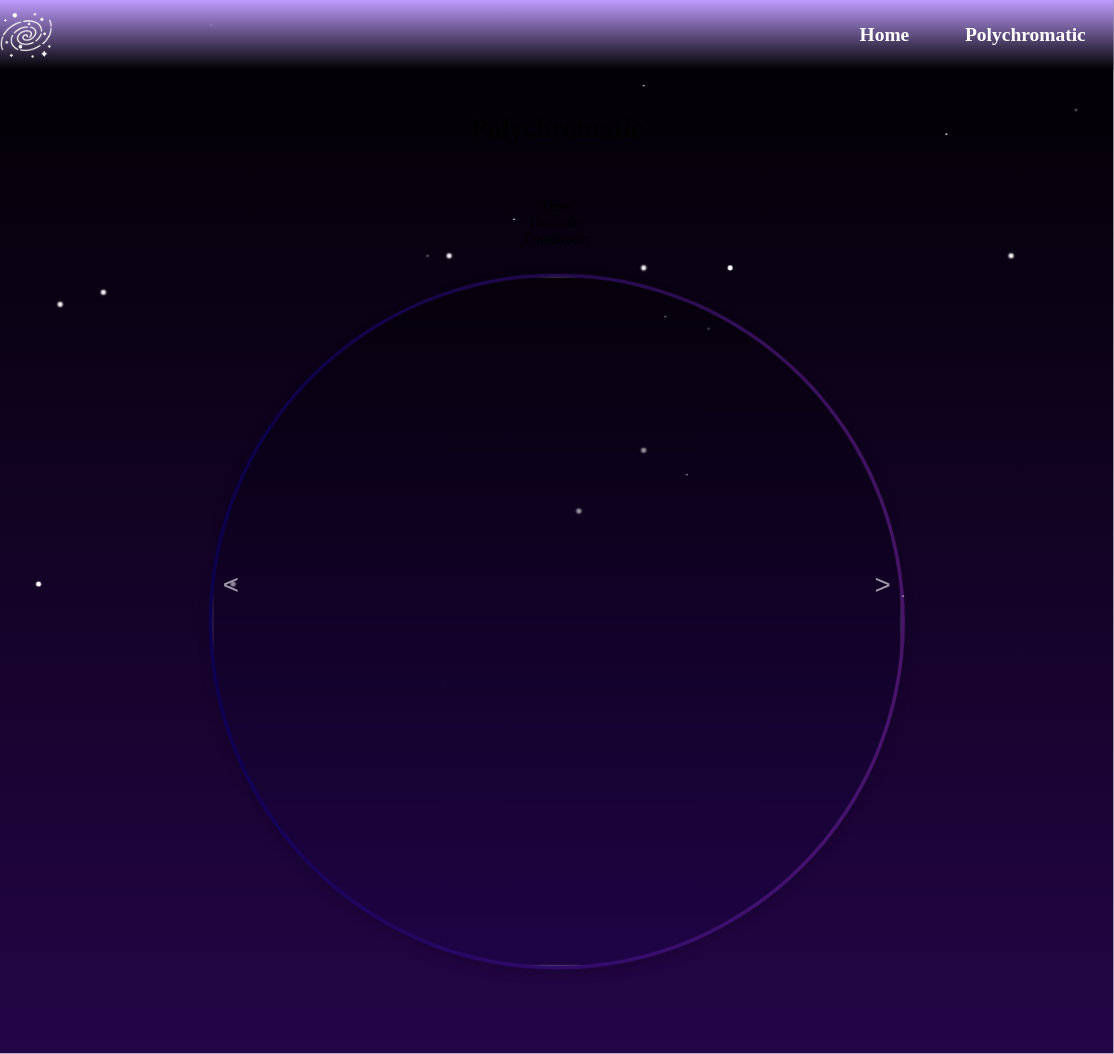
Repository: KayceeNguyen/DAI_W07_NASA
Page: /polychromatic
The author's editor kept a copy of each file at every save. The page is drawn from the files as they stood at one save, then again after the next save.
The browser window is 1280 px wide. The pictures show the whole page, at 87% of full size.
The page's requests for data from a server got no answer. The project was rebuilt for these pictures with package versions that can differ from the ones it lists, and the page was loaded fresh each time. The framework's server and built-in components were replaced by stand-ins that run in the browser. No one was signed in, and anything a server would have sent is missing. Also part of the build but not shown: next.config.js.

Above is the page before, as saved 2023-02-17 01:27:04.

### pages/polychromatic.js
import { useEffect, useState } from "react"
import axios from "axios";
import Image from "next/image";
import styles from '@/styles/Home.module.css'
import HeaderBar from '@/comps/header'
import Galaxy from '@/comps/galaxy'
import Head from 'next/head'

export default function Polychromatic() {

    const [image, setImage] = useState([]);
    const [images, setImages] = useState([]);
    const [time, setTime] = useState([]);
    const [date, setDate] = useState('');
    const [coords, setCoords] = useState({})

    const [active, setActive] = useState(false);

    const [currentIndex, setCurrentIndex] = useState(0);

    const apiKey = "qO706hvtrjKPLwTwuCZ9XYxHnUPvhtQHSM6Ncmu8";
    const url = `https://epic.gsfc.nasa.gov/api/natural?api_key=${apiKey}`

    const getPolychromaticData = async () => {
        const res = await axios.get(url);
        const data = await res.data;
        console.log(data)

        const caption = data[currentIndex].caption;
        const date = data[currentIndex].date.split(" ")[0];


        const date_formatted = date.replaceAll("-","/")
        console.log(date_formatted);

        let times = [];
        let images = [];

    for (let i = 0; i < data.length; i++) {
    let time = data[i].date.split(" ")[1];
    let coords = data[i].centroid_coordinates;
    let imagePath = data[i].image;
    let image = `https://epic.gsfc.nasa.gov/archive/natural/${date_formatted}/png/${imagePath}.png`;

    times.push(time);

    images.push({
        image: image,
        time: time,
        coords: coords,
        caption: caption
    });
}

    setImages(images);
    setTime(times[0]);
    setCoords([images[0].coords.lat, images[0].coords.lon]);
    setImage(images[currentIndex]);

}

    useEffect(() => {
        getPolychromaticData();
    }, [currentIndex]);

    const nextImage = () => {
        setCurrentIndex((currentIndex + 1) % images.length);
    };

    const prevImage = () => {
        setCurrentIndex(
          currentIndex === 0 ? images.length - 1 : currentIndex - 1
        );
    };

    const handleImageLoad = () => {
        setActive(true);
      }

    return(
        <>

        <Head>
          <title>NASA TechPort & EPIC API</title>
          <meta name="description" content="The website showcases NASA's technologies using the TechPort and PIC API and offers daily full disc imagery of the Earth and unique astronomical events. Users can discover the technologies NASA is developing in propulsion, nanotechnology, robotics, and human health while enjoying stunning images of the universe." />
          <meta name="viewport" content="width=device-width, initial-scale=1" />
          <link rel="icon" href="/galaxy.png" />
        </Head>

            <HeaderBar />

            <Galaxy />



            <main className={styles.main}>
                <h1>Polychromatic</h1>
                <div className={styles.bigEarthContainer}>

                    <div className={styles.arrowContainer}>
                        <button className={styles.arrow} onClick={prevImage}>
                            &lt;
                        </button>
                        <button className={styles.arrow} onClick={nextImage}>
                            &gt;
                        </button>
                    </div>

                    <div className={styles.bigEarthText}>
                        <div>Time: {image.time}</div>
                        <div>Latiitude: {coords[0]}</div>
                        <div>Longtitude: {coords[1]}</div>
                    </div>

                    <Image
                        src={image.image}
                        alt={image.caption}
                        width={800}
                        height={800}
                        className={`${styles.earthImage} ${active ? styles.active : ''}`}
                        onLoad={handleImageLoad}

                    />

                    {/* <div onClick={nextImage} className={styles.arrow}>
                        {">"}
                    </div> */}

                </div>




                {/* <table>
                    <thead>
                        <tr>
                            <th>Time</th>
                            <th>Latitude</th>
                            <th>Longtitude</th>
                            <th>Image</th>
                            <th></th>
                        </tr>
                    </thead>

                    <tbody>
                        {
                            images.map((e, i) => {
                                return (
                                    <tr key={i}>
                                        <td>{e.time}</td>
                                        <td>{e.coords.lat}</td>
                                        <td>{e.coords.lon}</td>
                                        <td>
                                            <Image
                                                src={e.image}
                                                alt={i}
                                                width={200}
                                                height={200}
                                            />
                                        </td>

                                        <td>
                                            <button onClick={() => {
                                                setImage(e.image)
                                                setTime(e.time)
                                                setCoords([e.coords.lat, e.coords.lon])
                                                console.log(image[i].image)
                                                document.body.scrollIntoView();

                                            }}>View</button>
                                        </td>
                                    </tr>
                                )
                            })
                        }
                    </tbody>
                </table> */}
            </main>
        </>
    )
}

### styles/Home.module.css
.main {
  display: flex;
  flex-direction: column;
  justify-content: space-between;
  align-items: center;
  padding: 6rem;
  min-height: 100vh;
  background: linear-gradient(180deg, rgb(0, 0, 0) 0%, rgb(36, 5, 71) 100%);
}

.description {
  display: inherit;
  justify-content: inherit;
  align-items: inherit;
  font-size: 0.85rem;
  max-width: var(--max-width);
  width: 100%;
  z-index: 2;
  font-family: var(--font-mono);
}

.description a {
  display: flex;
  justify-content: center;
  align-items: center;
  gap: 0.5rem;
}

.description p {
  position: relative;
  margin: 0;
  padding: 1rem;
  background-color: rgba(var(--callout-rgb), 0.5);
  border: 1px solid rgba(var(--callout-border-rgb), 0.3);
  border-radius: var(--border-radius);
}

.code {
  font-weight: 700;
  font-family: var(--font-mono);
}

.grid {
  display: grid;
  grid-template-columns: repeat(4, minmax(25%, auto));
  width: var(--max-width);
  max-width: 100%;
}

.card {
  padding: 1rem 1.2rem;
  border-radius: var(--border-radius);
  background: rgba(var(--card-rgb), 0);
  border: 1px solid rgba(var(--card-border-rgb), 0);
  transition: background 200ms, border 200ms;
}

.card span {
  display: inline-block;
  transition: transform 200ms;
}

.card h2 {
  font-weight: 600;
  margin-bottom: 0.7rem;
}

.card p {
  margin: 0;
  opacity: 0.6;
  font-size: 0.9rem;
  line-height: 1.5;
  max-width: 30ch;
}

.center {
  display: flex;
  justify-content: center;
  align-items: center;
  position: relative;
  padding: 4rem 0;
}

.center::before {
  background: var(--secondary-glow);
  border-radius: 50%;
  width: 480px;
  height: 360px;
  margin-left: -400px;
}

.center::after {
  background: var(--primary-glow);
  width: 240px;
  height: 180px;
  z-index: -1;
}

.center::before,
.center::after {
  content: '';
  left: 50%;
  position: absolute;
  filter: blur(45px);
  transform: translateZ(0);
}

.logo,
.thirteen {
  position: relative;
}

.thirteen {
  display: flex;
  justify-content: center;
  align-items: center;
  width: 75px;
  height: 75px;
  padding: 25px 10px;
  margin-left: 16px;
  transform: translateZ(0);
  border-radius: var(--border-radius);
  overflow: hidden;
  box-shadow: 0px 2px 8px -1px #0000001a;
}

.thirteen::before,
.thirteen::after {
  content: '';
  position: absolute;
  z-index: -1;
}

/* Conic Gradient Animation */
.thirteen::before {
  animation: 6s rotate linear infinite;
  width: 200%;
  height: 200%;
  background: var(--tile-border);
}

/* Inner Square */
.thirteen::after {
  inset: 0;
  padding: 1px;
  border-radius: var(--border-radius);
  background: linear-gradient(
    to bottom right,
    rgba(var(--tile-start-rgb), 1),
    rgba(var(--tile-end-rgb), 1)
  );
  background-clip: content-box;
}

/* Enable hover only on non-touch devices */
@media (hover: hover) and (pointer: fine) {
  .card:hover {
    background: rgba(var(--card-rgb), 0.1);
    border: 1px solid rgba(var(--card-border-rgb), 0.15);
  }

  .card:hover span {
    transform: translateX(4px);
  }
}

@media (prefers-reduced-motion) {
  .thirteen::before {
    animation: none;
  }

  .card:hover span {
    transform: none;
  }
}

/* Mobile */
@media (max-width: 700px) {
  .content {
    padding: 4rem;
  }

  .grid {
    grid-template-columns: 1fr;
    margin-bottom: 120px;
    max-width: 320px;
    text-align: center;
  }

  .card {
    padding: 1rem 2.5rem;
  }

  .card h2 {
    margin-bottom: 0.5rem;
  }

  .center {
    padding: 8rem 0 6rem;
  }

  .center::before {
    transform: none;
    height: 300px;
  }

  .description {
    font-size: 0.8rem;
  }

  .description a {
    padding: 1rem;
  }

  .description p,
  .description div {
    display: flex;
    justify-content: center;
    position: fixed;
    width: 100%;
  }

  .description p {
    align-items: center;
    inset: 0 0 auto;
    padding: 2rem 1rem 1.4rem;
    border-radius: 0;
    border: none;
    border-bottom: 1px solid rgba(var(--callout-border-rgb), 0.25);
    background: linear-gradient(
      to bottom,
      rgba(var(--background-start-rgb), 1),
      rgba(var(--callout-rgb), 0.5)
    );
    background-clip: padding-box;
    backdrop-filter: blur(24px);
  }

  .description div {
    align-items: flex-end;
    pointer-events: none;
    inset: auto 0 0;
    padding: 2rem;
    height: 200px;
    background: linear-gradient(
      to bottom,
      transparent 0%,
      rgb(var(--background-end-rgb)) 40%
    );
    z-index: 1;
  }
}

/* Tablet and Smaller Desktop */
@media (min-width: 701px) and (max-width: 1120px) {
  .grid {
    grid-template-columns: repeat(2, 50%);
  }
}

@media (prefers-color-scheme: dark) {
  .vercelLogo {
    filter: invert(1);
  }

  .logo,
  .thirteen img {
    filter: invert(1) drop-shadow(0 0 0.3rem #ffffff70);
  }
}

@keyframes rotate {
  from {
    transform: rotate(360deg);
  }
  to {
    transform: rotate(0deg);
  }
}






/**************** HEADER STYLING ****************/



.header {
  position: fixed;
  z-index: 1;
  width: 100vw;
  display: flex;
  justify-content: center;
  align-items: center;
  height: 5rem;
  background: linear-gradient(180deg, rgb(191, 156, 255) 0%, rgba(0, 0, 0, 0.5) 100%);
  box-shadow: 0 2px 4px rgba(0, 0, 0, 0.1);
}

.headerIcon {
  filter: brightness(0) invert(1);
}

.nav {
  display: flex;
  justify-content: space-between;
  align-items: center;
  width: 100%;
  max-width: 80rem;
}

.navList {
  display: flex;
  list-style: none;
  margin: 0;
  padding: 0;
}

.navItem {
  margin-right: 2rem;
  margin-left: 2em;
}

/* .navItem > a > div.navLink:active {
  text-decoration: underline;
} */

.navLink {
  font-size: 1.4rem;
  font-weight: 600;
  color: #ffffff;
  text-decoration: none;
  transition: color 0.2s;
}

.navLink:hover {
  color: #fff644;
}




/**************** MAIN STYLING ****************/




.main {
  display: flex;
  flex-direction: column;
  justify-content: center;
  align-items: center;
  justify-items: center;
}




.main > h1 {
  padding: 1em 2em 2em 2em;
}

.bigCont {
  text-align: center;
}


/**************** CAROUSEL STYLING ****************/


.carousel {
  display: flex;
  justify-content: center;
  align-items: center;
  width: 100%;
  max-width: 800px;
  margin: 0 auto;
}

.carouselArrow {
  font-size: 2rem;
  color: rgb(255, 255, 255);
  cursor: pointer;
  background-color:transparent;
  border: 2px solid rgb(255, 255, 255, 1);
  width: 50px;
  height: 50px;
  border-radius: 50%;
  display: inline-flex;
  align-items: center;
  justify-content: center;
}

.carouselArrow:hover {
  color: rgb(31, 0, 54);
  box-shadow: 0 4px 6px rgba(255, 255, 255, 0.6);
  background-color:rgba(255, 255, 255, 0.8) ;
  transition: all 0.2s ease;
}

.carouselArrow:hover:after {
  left: 0;
  width: 100%;
}

.carouselArrow:active {
  top: 20px;
}

.carouselImageContainer {
  margin: 0 2rem;
  width: 400px;
  height: 400px;
  position: relative;
}

.carouselImageContainer img {
  position: absolute;
  top: 0;
  left: 0;
  width: 100%;
  height: 100%;
  object-fit: contain;
}

.imageCont {
  position: absolute;
  top: 0;
  opacity: 0.4;
  width: 100%;
  height: 100%;
  transition: opacity 1.5s ease;
}

.imageCont.active {
  opacity: 1;
}


/* @keyframes slide {
  100% { left: 0; }
}

@keyframes slide-in {
  100% { transform: translateX(0%); }
}

@-webkit-keyframes slide-in {
  100% { -webkit-transform: translateX(0%); }
}

@keyframes slide-out {
  0% { transform: translateX(0%); }
  100% { transform: translateX(-100%); }
}

@-webkit-keyframes slide-out {
  0% { -webkit-transform: translateX(0%); }
  100% { -webkit-transform: translateX(-100%); }
} */


/**************** GALAXY BG STYLING ****************/




.galaxyCont {
  width: 100vw;
  height: 100%;
  display: flex;
  justify-content: center;
  align-items: center;
}


.galaxy {

  position: fixed;
  height: 1px;
  width: 1px;
  background-color: #fff;
  border-radius: 50%;
  box-shadow: -42vw -4vh 0px 0px #fff,25vw -41vh 0px 0px #fff,-20vw 49vh 0px 1px #fff,5vw 40vh 1px 1px #fff,29vw 19vh 1px 0px #fff,-44vw -13vh 0px 0px #fff,46vw 41vh 0px 1px #fff,-3vw -45vh 0px 1px #fff,47vw 35vh 1px 0px #fff,12vw -8vh 1px 0px #fff,-34vw 48vh 1px 1px #fff,32vw 26vh 1px 1px #fff,32vw -41vh 1px 1px #fff,0vw 37vh 1px 1px #fff,34vw -26vh 1px 0px #fff,-14vw -49vh 1px 0px #fff,-12vw 45vh 0px 1px #fff,-44vw -33vh 0px 1px #fff,-13vw 41vh 0px 0px #fff,-36vw -11vh 0px 1px #fff,-23vw -24vh 1px 0px #fff,-38vw -27vh 0px 1px #fff,16vw -19vh 0px 0px #fff,28vw 33vh 1px 0px #fff,-49vw -4vh 0px 0px #fff,16vw 32vh 0px 1px #fff,36vw -18vh 1px 0px #fff,-25vw -30vh 1px 0px #fff,-23vw 24vh 0px 1px #fff,-2vw -35vh 1px 1px #fff,-25vw 9vh 0px 0px #fff,-15vw -34vh 0px 0px #fff,-8vw -19vh 1px 0px #fff,-20vw -20vh 1px 1px #fff,42vw 50vh 0px 1px #fff,-32vw 10vh 1px 0px #fff,-23vw -17vh 0px 0px #fff,44vw 15vh 1px 0px #fff,-40vw 33vh 1px 1px #fff,-43vw 8vh 0px 0px #fff,-48vw -15vh 1px 1px #fff,-24vw 17vh 0px 0px #fff,-31vw 50vh 1px 0px #fff,36vw -38vh 0px 1px #fff,-7vw 48vh 0px 0px #fff,15vw -32vh 0px 0px #fff,29vw -41vh 0px 0px #fff,2vw 37vh 1px 0px #fff,7vw -40vh 1px 1px #fff,15vw 18vh 0px 0px #fff,25vw -13vh 1px 1px #fff,-46vw -12vh 1px 1px #fff,-18vw 22vh 0px 0px #fff,23vw -9vh 1px 0px #fff,50vw 12vh 0px 1px #fff,45vw 2vh 0px 0px #fff,14vw -48vh 1px 0px #fff,23vw 43vh 0px 1px #fff,-40vw 16vh 1px 1px #fff,20vw -31vh 0px 1px #fff,-17vw 44vh 1px 1px #fff,18vw -45vh 0px 0px #fff,33vw -6vh 0px 0px #fff,0vw 7vh 0px 1px #fff,-10vw -18vh 0px 1px #fff,-19vw 5vh 1px 0px #fff,1vw 42vh 0px 0px #fff,22vw 48vh 0px 1px #fff,39vw -8vh 1px 1px #fff,-6vw -42vh 1px 0px #fff,-47vw 34vh 0px 0px #fff,-46vw 19vh 0px 1px #fff,-12vw -32vh 0px 0px #fff,-45vw -38vh 0px 1px #fff,-28vw 18vh 1px 0px #fff,-38vw -46vh 1px 1px #fff,49vw -6vh 1px 1px #fff,-28vw 18vh 1px 1px #fff,10vw -24vh 0px 1px #fff,-5vw -11vh 1px 1px #fff,33vw -8vh 1px 0px #fff,-16vw 17vh 0px 0px #fff,18vw 27vh 0px 1px #fff,-8vw -10vh 1px 1px #fff;

/* stars were too big with the layers above but left the code in case no one cares  -- as in, if noone's just that  one other loner who actually cares    */

  box-shadow: 24vw 9vh 1px 0px #fff,12vw -24vh 0px 1px #fff,-45vw -22vh 0px 0px #fff,-37vw -40vh 0px 1px #fff,29vw 19vh 0px 1px #fff,4vw -8vh 0px 1px #fff,-5vw 21vh 1px 1px #fff,-27vw 26vh 1px 1px #fff,-47vw -3vh 1px 1px #fff,-28vw -30vh 0px 1px #fff,-43vw -27vh 0px 1px #fff,4vw 22vh 1px 1px #fff,36vw 23vh 0px 0px #fff,-21vw 24vh 1px 1px #fff,-16vw 2vh 1px 0px #fff,-16vw -6vh 0px 0px #fff,5vw 26vh 0px 0px #fff,-34vw 41vh 0px 0px #fff,1vw 42vh 1px 1px #fff,11vw -13vh 1px 1px #fff,48vw -8vh 1px 0px #fff,22vw -15vh 0px 0px #fff,45vw 49vh 0px 0px #fff,43vw -27vh 1px 1px #fff,20vw -2vh 0px 0px #fff,8vw 22vh 0px 1px #fff,39vw 48vh 1px 1px #fff,-21vw -11vh 0px 1px #fff,-40vw 45vh 0px 1px #fff,11vw -30vh 1px 0px #fff,26vw 30vh 1px 0px #fff,45vw -29vh 0px 1px #fff,-2vw 18vh 0px 0px #fff,-29vw -45vh 1px 0px #fff,-7vw -27vh 1px 1px #fff,42vw 24vh 0px 0px #fff,45vw -48vh 1px 0px #fff,-36vw -18vh 0px 0px #fff,-44vw 13vh 0px 1px #fff,36vw 16vh 0px 1px #fff,40vw 24vh 0px 0px #fff,18vw 11vh 0px 0px #fff,-15vw -23vh 1px 0px #fff,-24vw 48vh 0px 1px #fff,27vw -45vh 1px 0px #fff,-2vw -24vh 0px 1px #fff,-15vw -28vh 0px 0px #fff,-43vw 13vh 1px 0px #fff,7vw 27vh 1px 0px #fff,47vw 5vh 0px 0px #fff,-45vw 15vh 1px 1px #fff,-5vw -28vh 0px 1px #fff,38vw 25vh 1px 1px #fff,-39vw -1vh 1px 0px #fff,5vw 0vh 1px 0px #fff,49vw 13vh 0px 0px #fff,48vw 10vh 0px 1px #fff,19vw -28vh 0px 0px #fff,4vw 7vh 0px 0px #fff,21vw 21vh 1px 1px #fff,-15vw -15vh 0px 1px #fff,-6vw -42vh 1px 0px #fff,-15vw 48vh 1px 1px #fff,-23vw 25vh 1px 1px #fff,-48vw 25vh 0px 1px #fff,-31vw -19vh 0px 1px #fff,4vw 37vh 1px 1px #fff,-43vw 28vh 0px 0px #fff,3vw -25vh 0px 1px #fff,-39vw 14vh 0px 1px #fff,-40vw 31vh 0px 1px #fff,35vw -36vh 1px 1px #fff,16vw 49vh 0px 0px #fff,6vw 39vh 0px 0px #fff,3vw -35vh 0px 1px #fff,-44vw -2vh 1px 0px #fff,-6vw 21vh 1px 0px #fff,48vw 9vh 1px 1px #fff,-43vw 30vh 1px 1px #fff,29vw -12vh 1px 1px #fff,-48vw 13vh 1px 0px #fff,-42vw 32vh 1px 1px #fff,34vw 15vh 1px 1px #fff,29vw -37vh 1px 1px #fff,28vw 2vh 0px 0px #fff;
  animation: zoom 8s alternate infinite, blink-animation 2s steps(5, start) infinite;
}

@keyframes zoom {
    0%{
        transform: scale(1);
    }
    100%{
        transform: scale(2);
    }
}

@keyframes blink-animation {
  to {
    visibility: hidden;
  }
}
@-webkit-keyframes blink-animation {
  to {
    visibility: hidden;
  }
}




/**************** GALAXY BG STYLING ****************/


.bigEarthText {
  display: flex;
  flex-direction: column;
  align-items: center;
}









/* styles for the spinning animation */
@keyframes spin {
  from {
    transform: rotateY(0deg);
    opacity: 1;
  }
  to {
    transform: rotateY(360deg);
    opacity: 1;
  }
}


/* styles for the main section with the big Earth image */
.bigEarthContainer {
  display: flex;
  flex-direction: column;
  align-items: center;
  justify-content: center;
  position: relative;
}

/* styles for the previous/next arrow buttons */
.arrowContainer {
  position: absolute;
  top: 50%;
  transform: translateY(-50%);
  display: flex;
  justify-content: space-between;
  width: 100%;
  padding: 0 1rem;
  box-sizing: border-box;
}

.arrow {
  background-color: transparent;
  border: none;
  color: white;
  font-size: 2rem;
  cursor: pointer;
  outline: none;
  visibility: visible;
}

.arrow:hover {
  transform: scale(2);
}



.earthImage {
  width: 800px;
  height: 800px;
  object-fit: cover;

  opacity: 0.4;
  /* animation: spin 10s ease-in-out; */
  /* opacity: 0; */

  border-radius: 50%;
  background: linear-gradient(rgb(0, 0, 0), rgb(30, 5, 77)) padding-box,
              linear-gradient(to right, darkblue, darkorchid) border-box;
  border: 4px solid transparent;
  /* transition: opacity 4s ease; */

  animation: float 6s ease-in-out infinite;
}

@keyframes float {
	0% {
		box-shadow: 0 5px 15px 0px rgba(0,0,0,0.4);
		transform: translatey(0px);
	}
  50% {
		box-shadow: 0 25px 15px 0px rgba(0,0,0,0.1);
		transform: translatey(-20px);
	}
  100% {
		box-shadow: 0 5px 15px 0px rgba(0,0,0,0.4);
		transform: translatey(0px);
	}
}

/* styles for the image that shows the Earth */
.earthImage.active {
    opacity: 1;
}


/* @keyframes opacity {
  from {
    opacity: 0.5;
  }
  to {
    opacity: 1;
  }
} */

.bigEarthText {
  padding-bottom: 2em;
}

### comps/header.js
import Link from 'next/link';
import styles from '@/styles/Home.module.css';

const HeaderBar = () => {
  return (
    <header className={styles.header}>
      <nav className={styles.nav}>
      <img
        className={styles.headerIcon}
        src="/galaxy-header.png"
        width="60px"
        onClick={
            ()=>r.push("/")}
        />
        <ul className={styles.navList}>
          <li className={styles.navItem}>
            <a href="/">
              <div className={styles.navLink}>Home</div>
            </a>
          </li>
          <li className={styles.navItem}>
            <a href="/polychromatic">
              <div className={styles.navLink}>Polychromatic</div>
            </a>
          </li>
        </ul>
      </nav>
    </header>
  );
};

export default HeaderBar;

### comps/galaxy.js
import styles from '@/styles/Home.module.css'

export default function Galaxy() {
    return (
        <div className={styles.galaxyCont}>
            <div className={styles.galaxy}></div>
        </div>
    )
}

Loaded but not shown: pages/_app.js (common file); pages/_document.js (common file); styles/globals.css (common file)

After the next save:
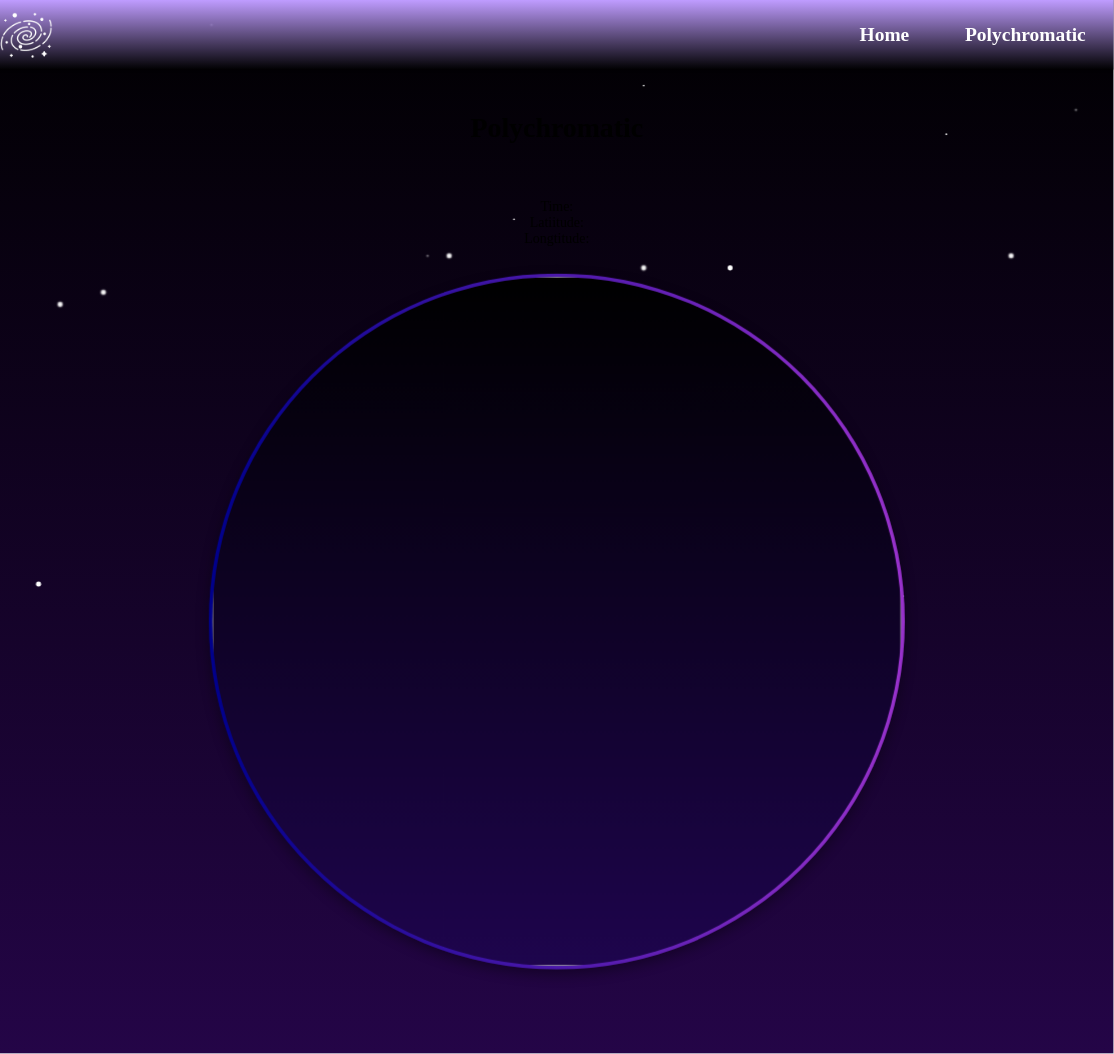
Saved 21 s later.
--- a/styles/Home.module.css
+++ b/styles/Home.module.css
@@ -586,7 +586,7 @@
   height: 800px;
   object-fit: cover;
 
-  opacity: 0.4;
+  /* opacity: 0.4; */
   /* animation: spin 10s ease-in-out; */
   /* opacity: 0; */
 
